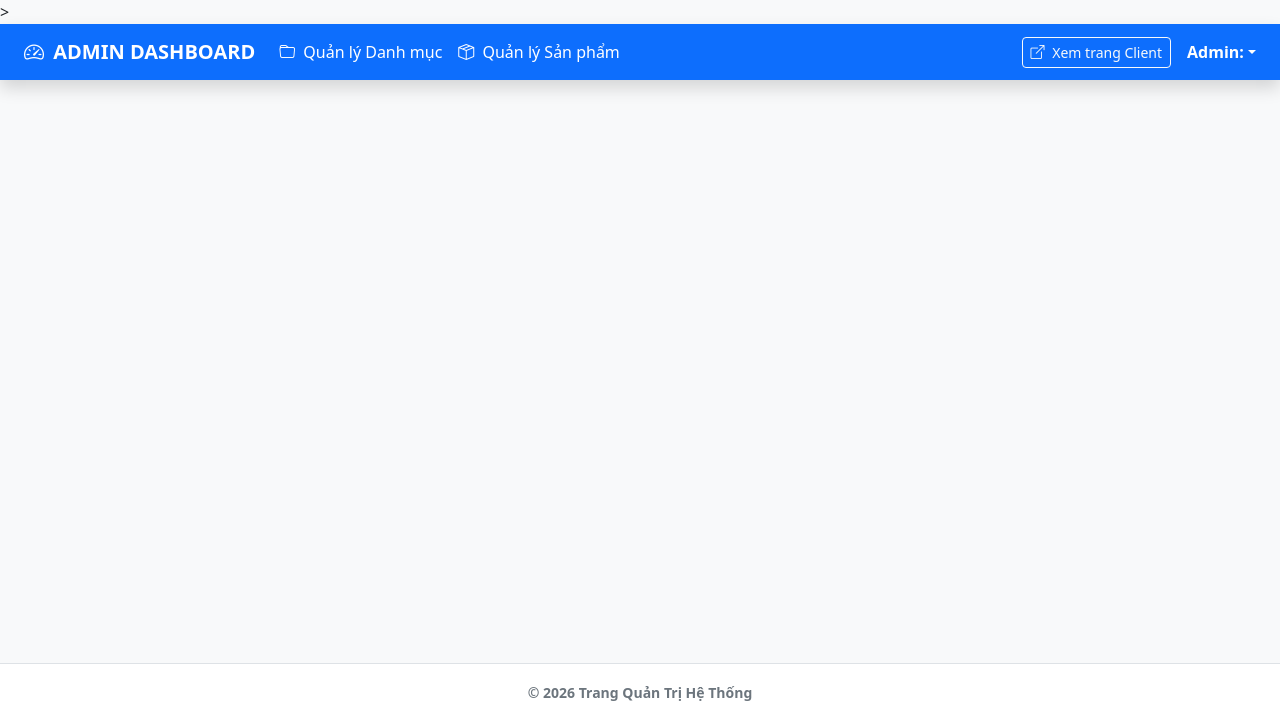
Repository: tanguyenhuy/LapTrinhWeb_BT4
Page: http://localhost/bt1/WEB-INF/decorators/admin.jsp
These files come from the project's save history. The page is drawn as it stood at one moment and after the next save; the edit follows.
The browser window is 1280 px wide. The pictures show the whole page.
The page is served by Tomcat 10. Nobody is signed in. Other server files are loaded and not shown. The template is opened directly, without the code that normally fills it, so the values that code supplies are empty.

Above is the page before, as saved 2026-09-04 02:21:34.

### bt1/src/main/webapp/WEB-INF/decorators/admin.jsp
<%@ page language="java" contentType="text/html; charset=UTF-8" pageEncoding="UTF-8"%>
<%@ taglib prefix="c" uri="jakarta.tags.core" %>
<!DOCTYPE html>
<html lang="vi">
<head>
    <meta charset="UTF-8">
    <meta name="viewport" content="width=device-width, initial-scale=1.0">
    <title><sitemesh:write property="title"/></title>
>
    <link href="https://cdn.jsdelivr.net/npm/bootstrap@5.3.3/dist/css/bootstrap.min.css" rel="stylesheet">
    <link rel="stylesheet" href="https://cdn.jsdelivr.net/npm/bootstrap-icons@1.11.3/font/bootstrap-icons.min.css">
</head>
<body class="d-flex flex-column min-vh-100 bg-light">

    <%@ include file="/common/admin/header.jsp" %>

    <main class="container-fluid px-4 my-4 flex-grow-1">
        <sitemesh:write property="body"/>
    </main>

    <%@ include file="/common/admin/footer.jsp" %>

    <script src="https://cdn.jsdelivr.net/npm/bootstrap@5.3.3/dist/js/bootstrap.bundle.min.js"></script>
</body>
</html>

### bt1/src/main/webapp/common/admin/header.jsp
<%@ page language="java" contentType="text/html; charset=UTF-8" pageEncoding="UTF-8"%>
<%@ taglib uri="jakarta.tags.core" prefix="c" %>

<nav class="navbar navbar-expand-lg navbar-dark bg-primary sticky-top shadow">
    <div class="container-fluid px-4">
        <a class="navbar-brand fw-bold" href="${pageContext.request.contextPath}/admin/products">
            <i class="bi bi-speedometer2 me-1"></i> ADMIN DASHBOARD
        </a>
        <button class="navbar-toggler" type="button" data-bs-toggle="collapse" data-bs-target="#adminNavbar">
            <span class="navbar-toggler-icon"></span>
        </button>

        <div class="collapse navbar-collapse" id="adminNavbar">
            <ul class="navbar-nav me-auto mb-2 mb-lg-0">
                <li class="nav-item">
                    <a class="nav-link text-white" href="${pageContext.request.contextPath}/admin/categories">
                        <i class="bi bi-folder me-1"></i> Quản lý Danh mục
                    </a>
                </li>
                <li class="nav-item">
                    <a class="nav-link text-white" href="${pageContext.request.contextPath}/admin/products">
                        <i class="bi bi-box-seam me-1"></i> Quản lý Sản phẩm
                    </a>
                </li>
            </ul>

            <div class="d-flex align-items-center gap-3">
                <a href="${pageContext.request.contextPath}/home" class="btn btn-outline-light btn-sm" target="_blank">
                    <i class="bi bi-box-arrow-up-right me-1"></i> Xem trang Client
                </a>

                <div class="dropdown">
                    <a href="#" class="d-flex align-items-center text-white text-decoration-none dropdown-toggle" data-bs-toggle="dropdown">
                        <span class="fw-semibold">Admin: ${sessionScope.account.fullname}</span>
                    </a>
                    <ul class="dropdown-menu dropdown-menu-end shadow">
                        <li><a class="dropdown-item" href="${pageContext.request.contextPath}/home/profile"><i class="bi bi-person me-2"></i>Hồ sơ</a></li>
                        <li><hr class="dropdown-divider"></li>
                        <li><a class="dropdown-item text-danger" href="${pageContext.request.contextPath}/logout"><i class="bi bi-box-arrow-right me-2"></i>Đăng xuất</a></li>
                    </ul>
                </div>
            </div>
        </div>
    </div>
</nav>

### bt1/src/main/webapp/common/admin/footer.jsp
<%@ page language="java" contentType="text/html; charset=UTF-8" pageEncoding="UTF-8"%>

<footer class="bg-white text-secondary py-3 mt-auto border-top text-center">
    <div class="container-fluid">
        <small class="fw-semibold">&copy; 2026 Trang Quản Trị Hệ Thống</small>
    </div>
</footer>

After the next save:
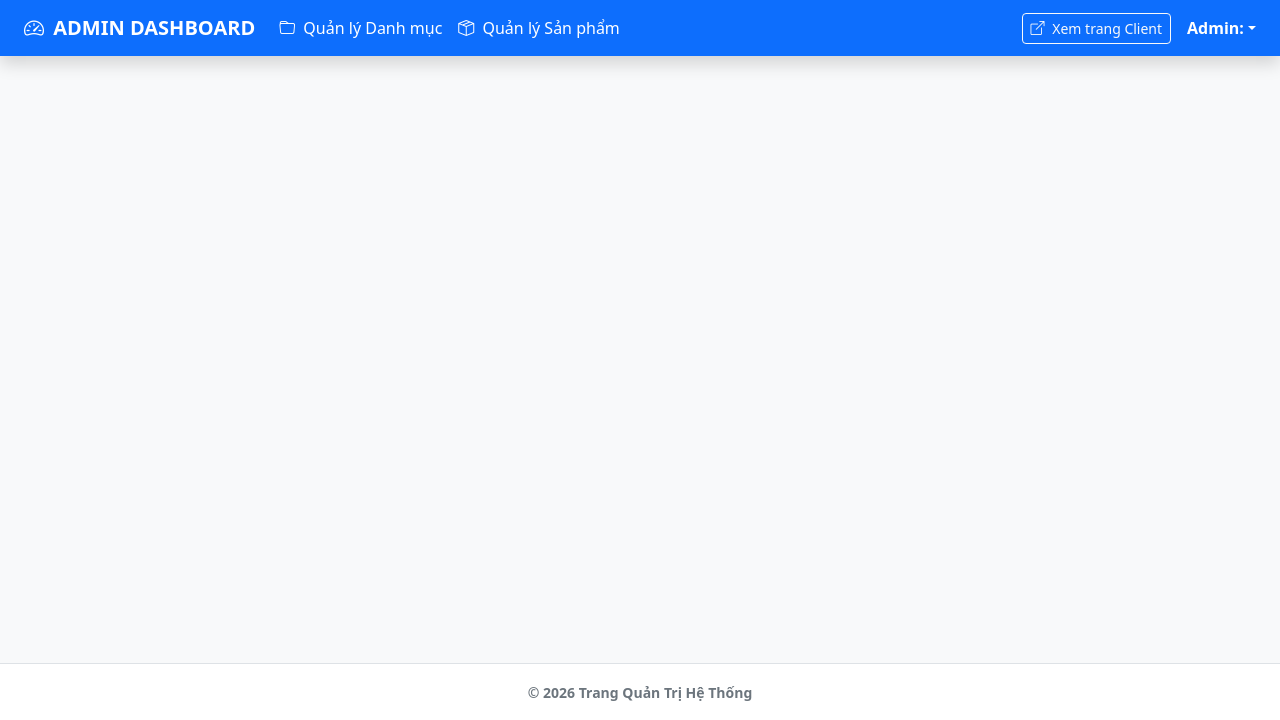
Saved 2 min 56 s later.
--- a/bt1/src/main/webapp/WEB-INF/decorators/admin.jsp
+++ b/bt1/src/main/webapp/WEB-INF/decorators/admin.jsp
@@ -6,7 +6,6 @@
     <meta charset="UTF-8">
     <meta name="viewport" content="width=device-width, initial-scale=1.0">
     <title><sitemesh:write property="title"/></title>
->
     <link href="https://cdn.jsdelivr.net/npm/bootstrap@5.3.3/dist/css/bootstrap.min.css" rel="stylesheet">
     <link rel="stylesheet" href="https://cdn.jsdelivr.net/npm/bootstrap-icons@1.11.3/font/bootstrap-icons.min.css">
 </head>
